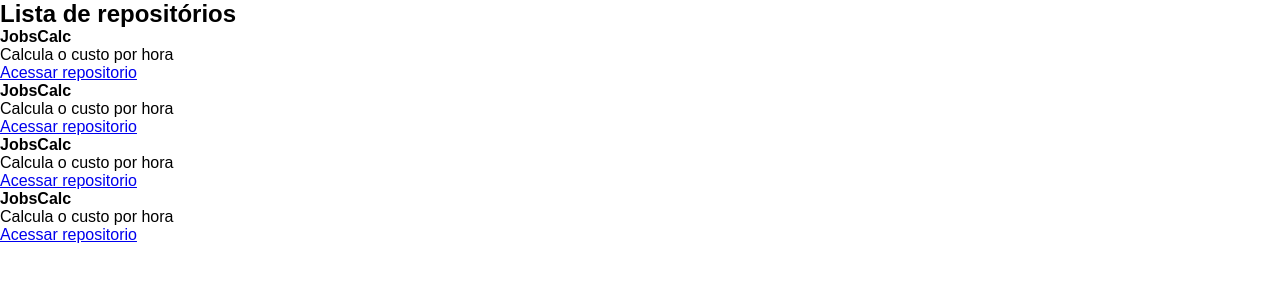
Repository: viniciusfg05/AnnotationReacts
Page: /
An editor plug-in stored every save of this project. The page is shown before and after the next save, followed by the edit.
The browser window is 1280 px wide. The pictures show the whole page.
The project was rebuilt for these pictures with package versions that can differ from the ones it lists, and the page was loaded fresh each time. Also part of the build but not shown: webpack.config.js.

Above is the page before, as saved 2022-02-17 14:06:23.

### public/index.html
<!DOCTYPE html>
<html lang="en">
  <head>
    <meta charset="UTF-8" />
    <meta name="viewport" content="width=device-width, initial-scale=1.0" />
    <title>ReactFundamentos</title>
  </head>
  <body>
    <div id="root"></div>

    <script src="../dist/bundle.js"></script>
  </body>
</html>

### src/index.jsx
import {render} from 'react-dom'
import { App } from './App'

render(<App />, document.getElementById('root'))

### src/App.jsx
import './styles/global.scss'
import { RepositoryList } from './components/RepositoryList'

export function App() {
  return <RepositoryList />
}

### src/styles/global.scss
* {
  margin: 0;
  padding: 0;
  box-sizing: border-box;
}

body {
  font: 16px 'Helvetica Neve', Arial, sans-serif;
}

### src/components/RepositoryList.jsx
import { RepositoryItens } from './RepositoryItens'

const repository = {
  name: 'JobsCalc',
  description: 'Calcula o custo por hora',
  link: 'https://github.com/viniciusfg05/JobsCalc'
}

export function RepositoryList() {
  return (
    <section className="repository-list">
      <h1>Lista de repositórios</h1>

      <ul>
        <RepositoryItens repository={repository} />
        <RepositoryItens repository={repository} />
        <RepositoryItens repository={repository} />
        <RepositoryItens repository={repository} />
      </ul>
    </section>
  )
}

//Enviar uma informação do componente pai assim nosso componente pai pode enviar

//Para acessar todas as propriedade que um componente recebe atraves dos agumentop da função dentro de props:

### src/components/RepositoryItens.jsx
export function RepositoryItens(props) {
  return (
    <li>
      <strong>{props.repository.name ?? 'Defalt'}</strong>
      <p>{props.repository.description}</p>

      <a href="#">Acessar repositorio</a>
    </li>
  )
}

After the next save:
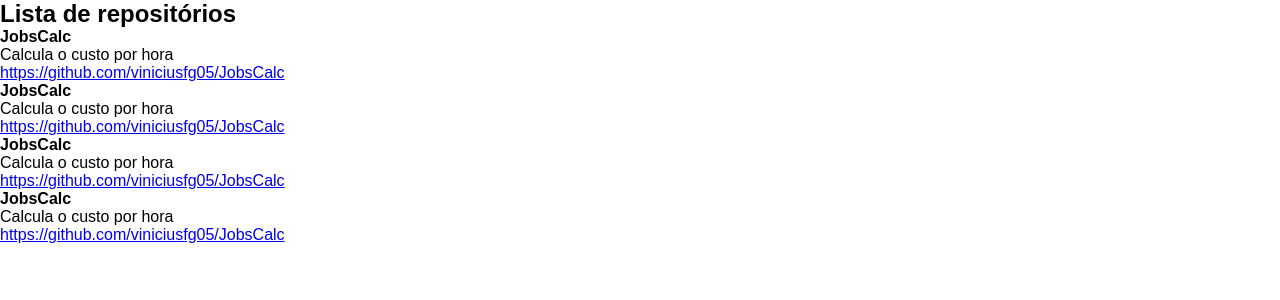
Saved 20 s later.
--- a/src/components/RepositoryItens.jsx
+++ b/src/components/RepositoryItens.jsx
@@ -4,7 +4,7 @@
       <strong>{props.repository.name ?? 'Defalt'}</strong>
       <p>{props.repository.description}</p>
 
-      <a href="#">Acessar repositorio</a>
+      <a href="#">{props.repository.link}</a>
     </li>
   )
 }

After the save that followed:
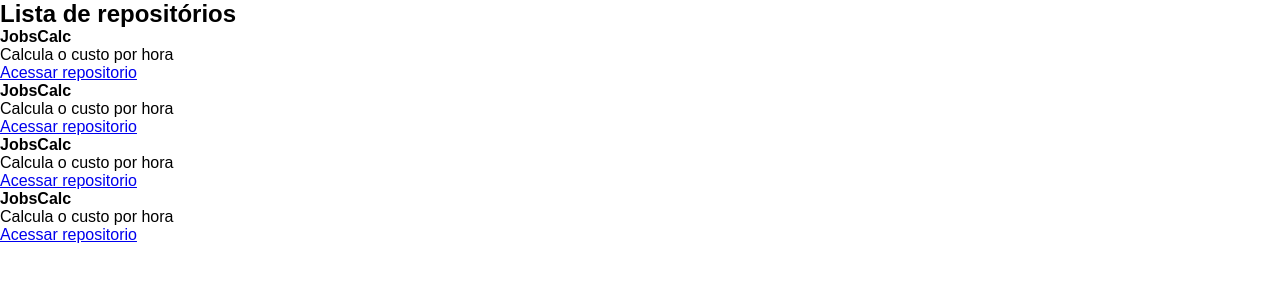
Saved 15 s later.
--- a/src/components/RepositoryItens.jsx
+++ b/src/components/RepositoryItens.jsx
@@ -4,7 +4,7 @@
       <strong>{props.repository.name ?? 'Defalt'}</strong>
       <p>{props.repository.description}</p>
 
-      <a href="#">{props.repository.link}</a>
+      <a href="{props.repository.description}">Acessar repositorio</a>
     </li>
   )
 }
